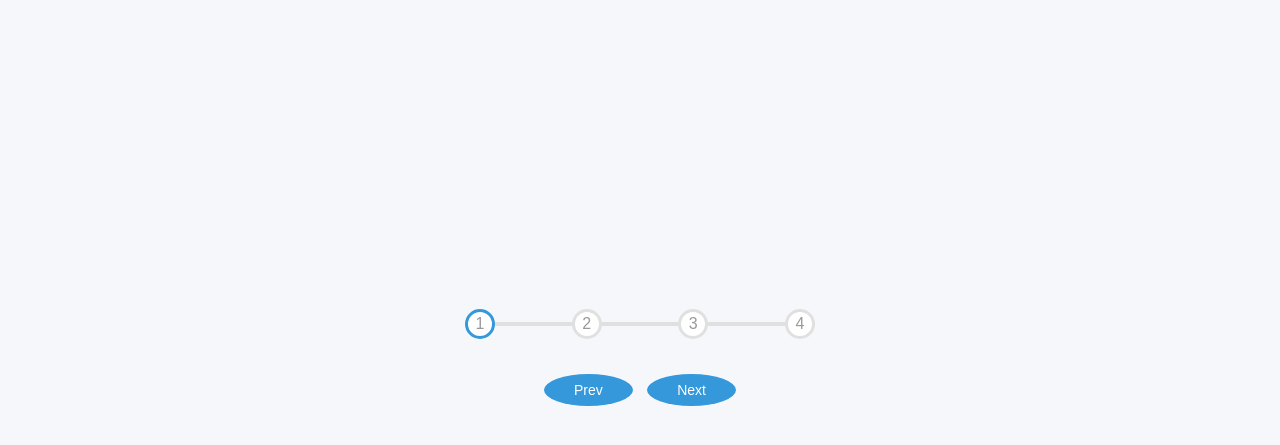
Repository: cyborgEneki/50Projects50Days
Page: progress_steps/index.html
An editor plug-in stored every save of this project. The page is shown before and after the next save, followed by the edit.
The browser window is 1280 px wide. The pictures show the whole page.
Some web fonts or font styles are not loaded; a fallback is used.

Above is the page before, as saved 2021-01-02 15:25:30.

### progress_steps/index.html
<!DOCTYPE html>
<html lang="en">
<head>
    <meta charset="UTF-8">
    <meta name="viewport" content="width=device-width, initial-scale=1.0">
    <!-- <link rel="stylesheet" href="https://cdnjs.cloudflare.com/ajax/libs/font-awesome/5.15.1/css/all.min.css"
        integrity="sha512-+4zCK9k+qNFUR5X+cKL9EIR+ZOhtIloNl9GIKS57V1MyNsYpYcUrUeQc9vNfzsWfV28IaLL3i96P9sdNyeRssA=="
        crossorigin="anonymous" /> -->
    <link rel="stylesheet" href="style.css">
    <title>Progress Steps</title>
</head>
<body>
    <div class="container">
        <div class="progress-container">
            <div class="progress" id="progress"></div>
            <div class="circle active">1</div>
            <div class="circle">2</div>
            <div class="circle">3</div>
            <div class="circle">4</div>
        </div>

        <button class="btn" id="prev" disabled>Prev</button>
        <button class="btn" id="next">Next</button>
    </div>
    <script src="script.js"></script>
</body>
</html>

### progress_steps/style.css
@import url('https://fonts.googleapis.com/css?family=Muli&display=swap');

:root {
    --line-border-fill: #3498db;
    --line-border-empty: #e0e0e0;
}

* {
    box-sizing: border-box;
}

body {
    font-family: 'Muli', sans-serif;
    margin: 0;
    display: flex;
    align-items: center;
    justify-content: center;
    height: 100vh;
    overflow: hidden;
    background-color: #f6f7fb;
}

.container {
    text-align: center;
}

.progress-container {
    display: flex;
    justify-content: space-between;
    position: relative;
    margin-bottom: 30px;
    max-width: 100%;
    width: 350px;
}

.progress-container::before {
    content: '';
    background-color: var(--line-border-empty);
    position: absolute;
    top: 50%;
    left: 0;
    transform: translateY(-50%);
    height: 4px;
    width: 100%;
    z-index: -1;
}

.progress {
    background-color:var(--line-border-fill);
    position: absolute;
    top: 50%;
    left: 0;
    height: 4px;
    width: 0%;
    transform: translateY(-50%);
    z-index: -1;
    transition: .4s ease;
}

.circle {
    background-color: #fff;
    color: #999;
    border-radius: 50%;
    height: 30px;
    width: 30px;
    display: flex;
    align-items: center;
    justify-content: center;
    border: 3px solid var(--line-border-empty);
    transition: .4s ease;
}

.circle.active {
    border-color: var(--line-border-fill);
}

.btn {
    background-color: var(--line-border-fill);
    color: #fff;
    border: 0;
    border-radius: 50%;
    cursor: pointer;
    font-family: inherit;
    padding: 8px 30px;
    margin: 5px;
    font-size: 14px;
}

Loaded but not shown: progress_steps/script.js (no stored copy; drawn as an empty file)

After the next save:
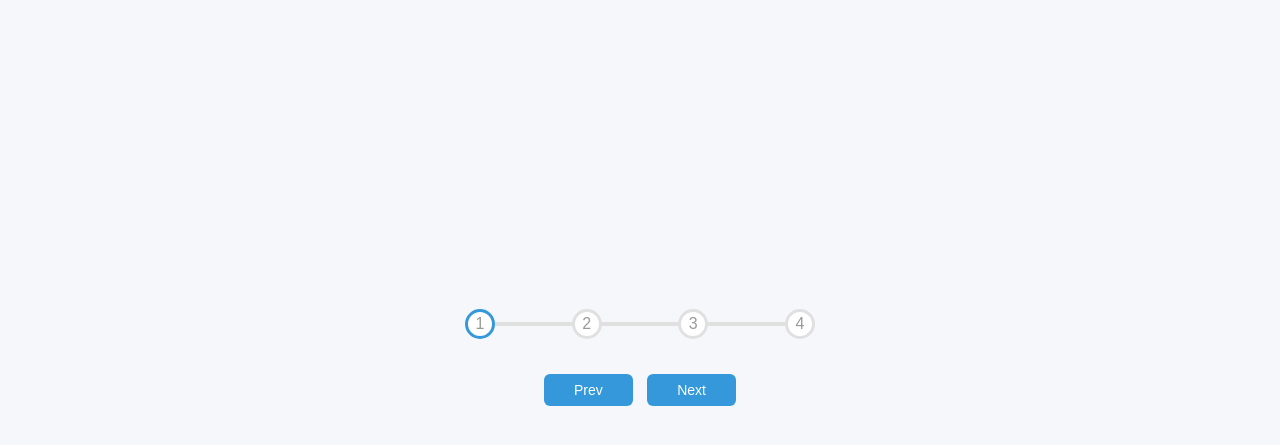
Saved 6 s later.
--- a/progress_steps/style.css
+++ b/progress_steps/style.css
@@ -78,7 +78,7 @@ body {
     background-color: var(--line-border-fill);
     color: #fff;
     border: 0;
-    border-radius: 50%;
+    border-radius: 6px;
     cursor: pointer;
     font-family: inherit;
     padding: 8px 30px;
